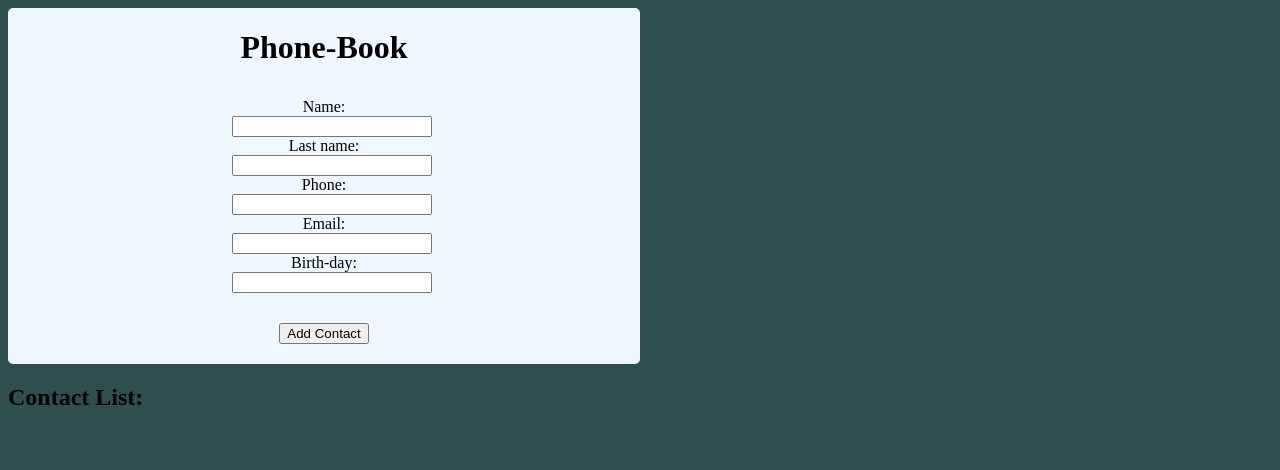
Repository: STA1357/Phone-book
Page: Inner.html
An editor plug-in stored every save of this project. The page is shown before and after the next save, followed by the edit.
The browser window is 1280 px wide. The pictures show the whole page.

Above is the page before, as saved 2020-12-08 10:01:33.

### Inner.html
<!DOCTYPE html>
<html lang="en">
<head>
    <meta charset="UTF-8">
    <meta name="viewport" content="width=device-width, initial-scale=1.0">
    <title>Phone Book</title>
    <link rel="stylesheet" href="./styles.css">
</head>
<body>
    <form action="#" method="POST">

        <header>
            <div class="header-title">
                <h1>Phone-Book</h1>
            </div>
        </header>

        <main>
            <div class="container">
                <label for="name">Name:</label>
                <input type="text" id="nameInput">
                <label for="lname">Last name:</label>
                <input type="text" id="lnameInput">
                <label for="tel">Phone:</label>
                <input type="text" id="telInput">
                <label for="email">Email:</label>
                <input type="text" id="emailInput">
                <label for="birthname">Birth-day:</label>
                <input type="text" id="birthInput">
            </div>

        </main>

        <div class="btn">
        <button onclick="return addUser()" type="submit" id="btnAdd">Add Contact</button>
    </div>
    </form>
<div class="list-container">
    <h2>Contact List:</h2>
    <ul id="users"></ul>
</div>


    <script src="./app.js"></script>
</body>
</html>

### styles.css
*{
    box-sizing: border-box;
}

body{
    display: flex;
    flex-direction: column;
    background-color: darkslategray;
}

form{
    background-color: aliceblue;
    border-radius: 5px;
    width: 50%;
}
header{
    text-align: center;
}

main{
    flex-direction: column;
    padding: 10px;
    text-align: center;
}

.container{
    margin-left: 35%;
    text-align: center;
    width: 30%;
}

.btn{
    padding: 20px;
    text-align: center;
}

input{
    width: 200px;
}

### app.js
const form = document.querySelector('form')
const list = document.getElementById('users')
const userName = document.getElementById('nameInput')
const userLname = document.getElementById('lnameInput')
const userTel = document.getElementById('telInput')
const userEmail = document.getElementById('emailInput')
const userBirth = document.getElementById('birthInput')
const entry = document.createElement('li')

function addUser (){
    const list = document.getElementById('users')
    const userName = document.getElementById('nameInput')
    const userLname = document.getElementById('lnameInput')
    const userTel = document.getElementById('telInput')
    const userEmail = document.getElementById('emailInput')
    const userBirth = document.getElementById('birthInput')
    const entry = document.createElement('li')
    entry.appendChild(document.createTextNode(userName.value + ' ' + userLname.value + ' '
    + userTel.value + ' ' + userEmail.value + ' ' + userBirth.value))
    list.appendChild(entry)
    return false
}


class Person{
    constructor(options){
        this.name = options.name
        this.lname = options.lname
        this.tel = options.tel
        this.email = options.email
        this.birthday = options.birthday
    }
}

class User extends Person{
    static type = "User"
}

const user = new User({
    name: "",
    lname: "",
    tel: "",
    email:"",
    birthday:""
})


localStorage.setItem('userInfo', JSON.stringify(user));




/*const raw = localStorage.getItem('userInfo')
const userInfo = JSON.parse(raw)
userInfo.name = 'Maxim'

console.log(userInfo);*/

After the next save:
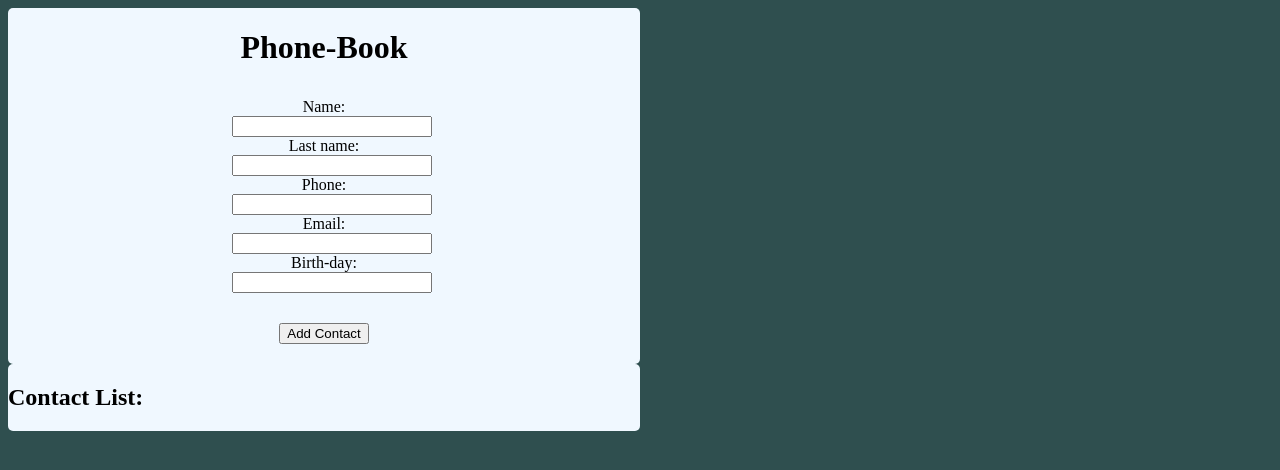
Saved 27 s later.
--- a/styles.css
+++ b/styles.css
@@ -37,3 +37,9 @@ main{
 input{
     width: 200px;
 }
+
+.list-container{
+    background-color: aliceblue;
+    border-radius: 5px;
+    width: 50%;
+}
